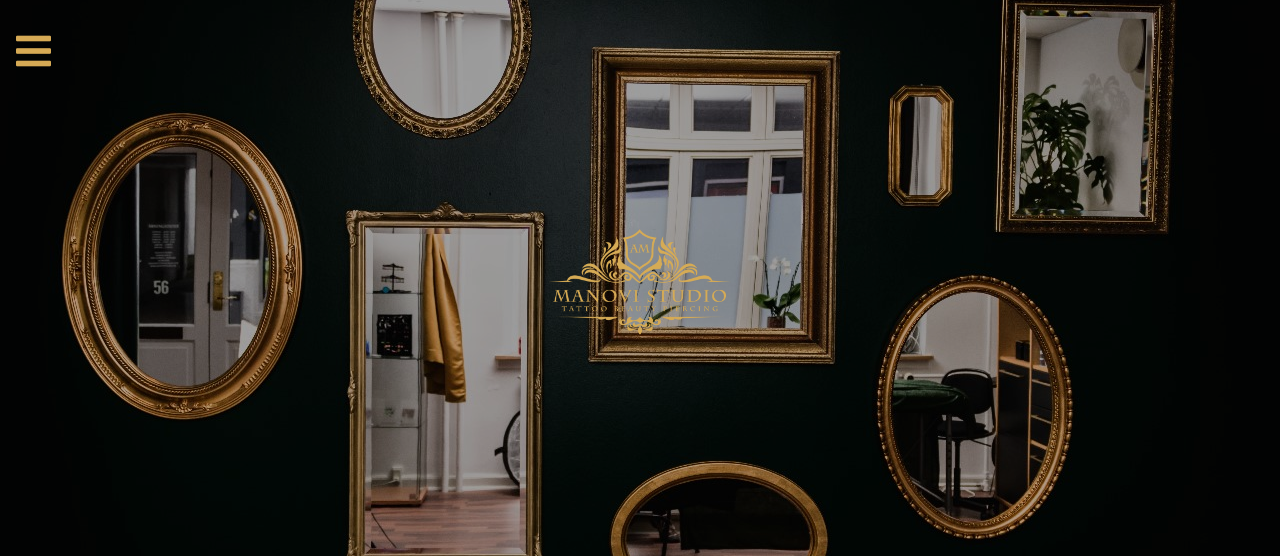
Repository: Spreceriany/TattooWeb
Page: about.html
The author's editor kept a copy of each file at every save. The page is drawn from the files as they stood at one save, then again after the next save.
The browser window is 1280 px wide. The pictures show the part of the page from y = 0 to 556 px (the page is 1151 px tall).
A picture or video elsewhere on the page could not be fetched, so the positions and the page height are approximate. Some web fonts or font styles are not loaded; a fallback is used. Some web libraries are served in a nearby version.

Above is the page before, as saved 2020-04-10 16:32:53.
Console error: ReferenceError: AOS is not defined

After the next save:
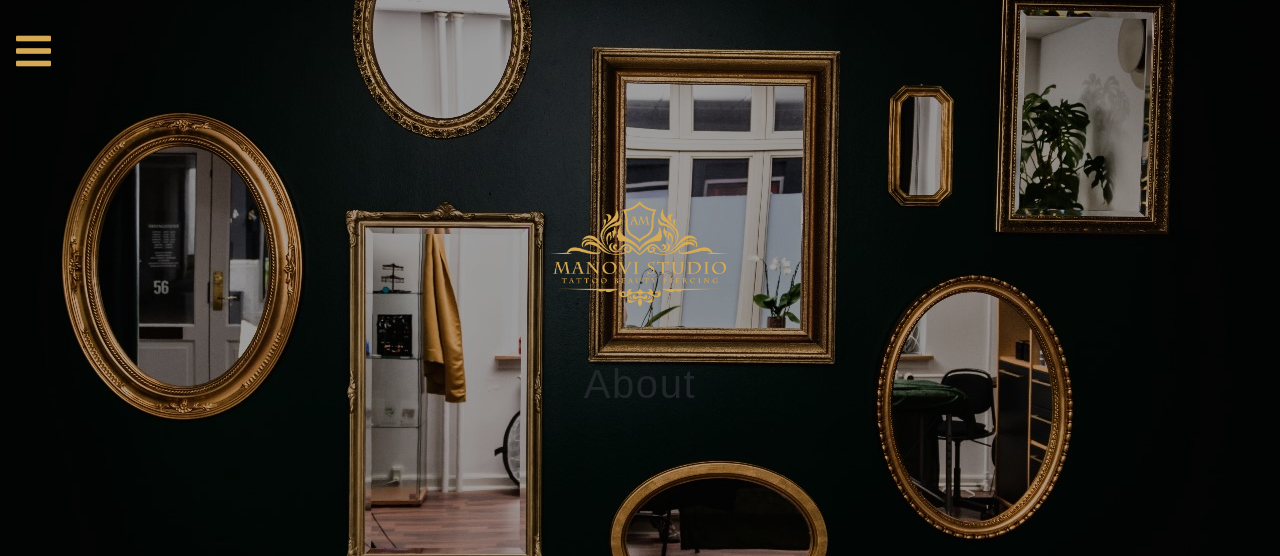
Saved 24 s later.
--- a/about.html
+++ b/about.html
@@ -65,6 +65,7 @@
 
       <div class="container-fluid about-bg align-items-center flex-column d-flex justify-content-center text-center">
         <img src="images/GOLD.png" alt="logo" class="img-fluid">
+        <h1>About</h1>
       </div>
 
 
